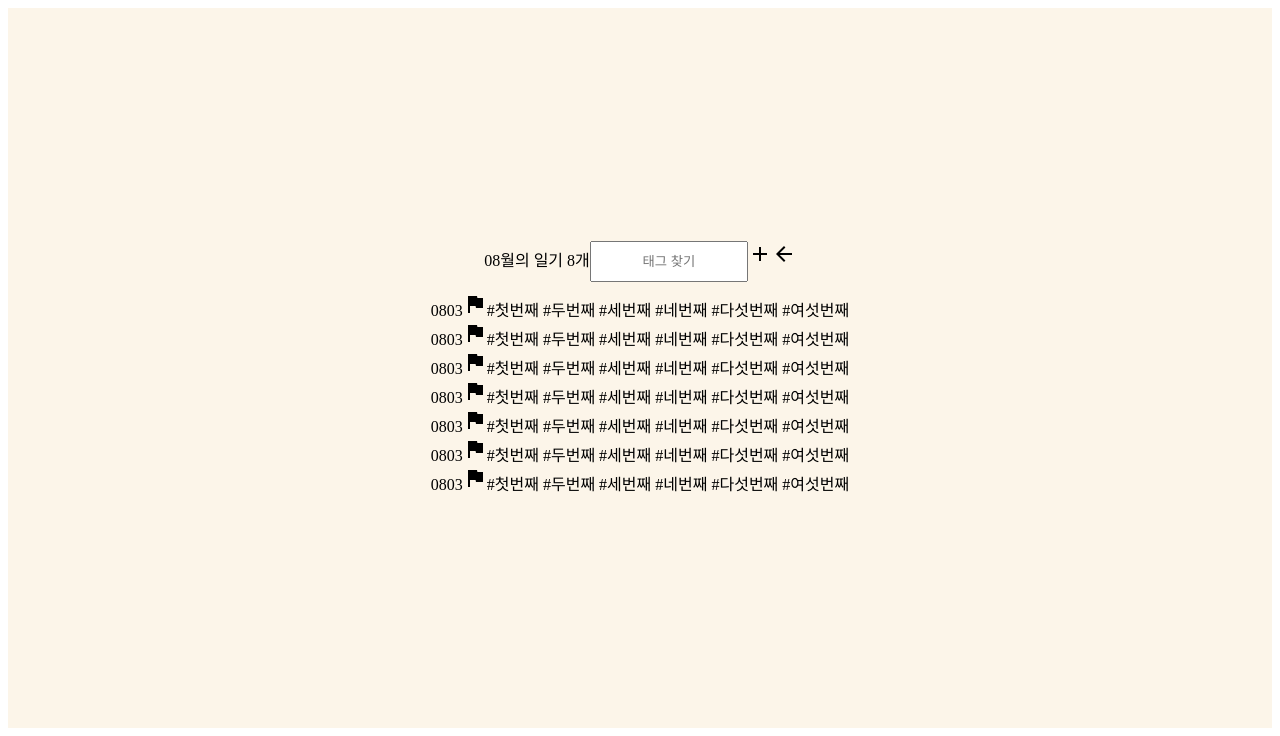
Repository: IMHANA/diary
Page: /list
An editor plug-in stored every save of this project. The page is shown before and after the next save, followed by the edit.
The browser window is 1280 px wide. The pictures show the whole page.
The project was rebuilt for these pictures with package versions that can differ from the ones it lists, and the page was loaded fresh each time. Also part of the build but not shown: src/App.css, src/pages/Main/main.js, src/pages/Month/month.js.

Above is the page before, as saved 2021-08-05 14:23:02.

### src/App.js
import './App.css';
import React, { Component } from 'react'
import MainTemplates from './components/MainTemplates';

class App extends Component {
  render() {
    console.log('메인을 불러온다!')
    return (
      <div>
        <MainTemplates/>
      </div>
    )
  }
}

export default App;

### src/components/MainTemplates.js
import React, { Component } from 'react'
import Main from '../pages/Main/main';
import Month from '../pages/Month/month';
import DayList from '../pages/DayList/dayList';
import { BrowserRouter as Router, Route, Switch, Link} from 'react-router-dom';

export default class MainTemplates extends Component {
    render() {
        return (
            <Router>
                <Switch>
                    <Route exact path='/' component={Main}/>
                    <Route path='/monthly' component={ Month }/>
                    <Route path='/list' component={ DayList} />
                </Switch>
            </Router>
        )
    }
}

### src/pages/DayList/dayList.js
import React, { Component } from 'react';
import { Add, ArrowBack , Flag} from '@material-ui/icons'

export default class dayList extends Component {
    render() {
        return (
            <div id='container'>
                <div>
                    <span>08</span><span>월의 일기 8개</span>
                    <input type='text' placeholder="태그 찾기"></input>
                    <Add />
                    <ArrowBack />
                </div>
                <div>
                    <div>
                        <span>0803</span>
                        <Flag/>
                        <span>#첫번째 #두번째 #세번째 #네번째 #다섯번째 #여섯번째</span>
                    </div>
                    <div>
                        <span>0803</span>
                        <Flag/>
                        <span>#첫번째 #두번째 #세번째 #네번째 #다섯번째 #여섯번째</span>
                    </div>
                    <div>
                        <span>0803</span>
                        <Flag/>
                        <span>#첫번째 #두번째 #세번째 #네번째 #다섯번째 #여섯번째</span>
                    </div>
                    <div>
                        <span>0803</span>
                        <Flag/>
                        <span>#첫번째 #두번째 #세번째 #네번째 #다섯번째 #여섯번째</span>
                    </div>
                    <div>
                        <span>0803</span>
                        <Flag/>
                        <span>#첫번째 #두번째 #세번째 #네번째 #다섯번째 #여섯번째</span>
                    </div>
                    <div>
                        <span>0803</span>
                        <Flag/>
                        <span>#첫번째 #두번째 #세번째 #네번째 #다섯번째 #여섯번째</span>
                    </div>
                    <div>
                        <span>0803</span>
                        <Flag/>
                        <span>#첫번째 #두번째 #세번째 #네번째 #다섯번째 #여섯번째</span>
                    </div>
                </div>
                <div>

                </div>
            </div>
        )
    }
}

### src/pages/Main/main.css
#container {
    display: flex;
    flex-direction:column;

    height: 100vh;

    justify-content: center;
    align-items: center;
    background-color:rgb(252, 245, 233);
}

input[placeholder] {
    text-align: center;
    width: 150px;
    height: 35px;
    margin-bottom: 10px;
}

#login_btn, #sign_up_btn {
    width: 50px;
    height: 50px;
    border-radius: 50%;
    outline: none;
    border: none;
}

#btn_box {
    display: flex;
    justify-content: space-around;
    width: 150px;

}

#login_btn {
    background-color: rgb(255, 182, 45);
    margin-left: 50px;
}
#sign_up_btn {
    background-color: rgb(55, 137, 139);
}

#login_btn:hover {
    cursor: pointer;
    background-color: rgb(218, 153, 35);
}
#sign_up_btn:hover {
    cursor: pointer;
    background-color: rgb(51, 123, 124);
}

### src/pages/Month/month.css
#container {
    margin: 0;
    display: flex;
    flex-direction: column;
    justify-content: center;
    align-items: center;
}

.month_box_container {
    display: flex;
    width: 990px;
    height: 150px;
}
.month_box_container .calendar-item {
    /* display: inline-block; */
    border: 1px solid rgb(243, 243, 243);
    flex:1;
    padding-top: 10px;
    padding-left: 15px;
}

.month_box_container .calendar-item span.title{
    font-size: 40px;
    color:darkgrey;
    cursor: pointer;
    /* margin-top: 10px;
    margin-bottom: 10px; */
}

.month_box_container .calendar-item span.title:hover{
    color:rgb(252, 169, 76);
}

/* .first-floor span.title{
    color: red;
    height: 40px;
} */

#year_row {
    margin-top: 50px;
}

#year_row span {
    padding: 0 15px 0 15px;
}

Loaded but not shown: public/index.html (common file); src/index.js (common file)

After the next save:
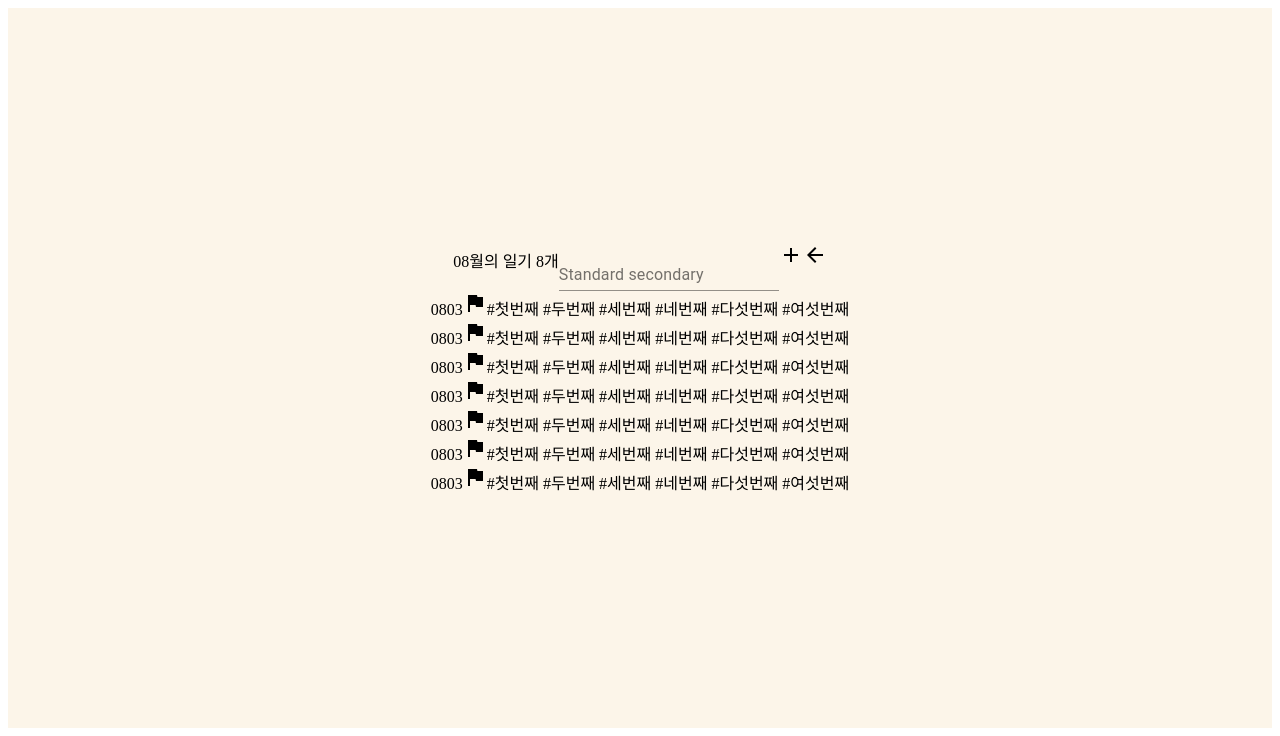
Saved 14 min 31 s later.
--- a/src/pages/DayList/dayList.js
+++ b/src/pages/DayList/dayList.js
@@ -1,5 +1,6 @@
 import React, { Component } from 'react';
 import { Add, ArrowBack , Flag} from '@material-ui/icons'
+import TextField from '@material-ui/core/TextField';
 
 export default class dayList extends Component {
     render() {
@@ -7,7 +8,7 @@ export default class dayList extends Component {
             <div id='container'>
                 <div>
                     <span>08</span><span>월의 일기 8개</span>
-                    <input type='text' placeholder="태그 찾기"></input>
+                    <TextField id="standard-secondary" label="Standard secondary" color="secondary" />
                     <Add />
                     <ArrowBack />
                 </div>
